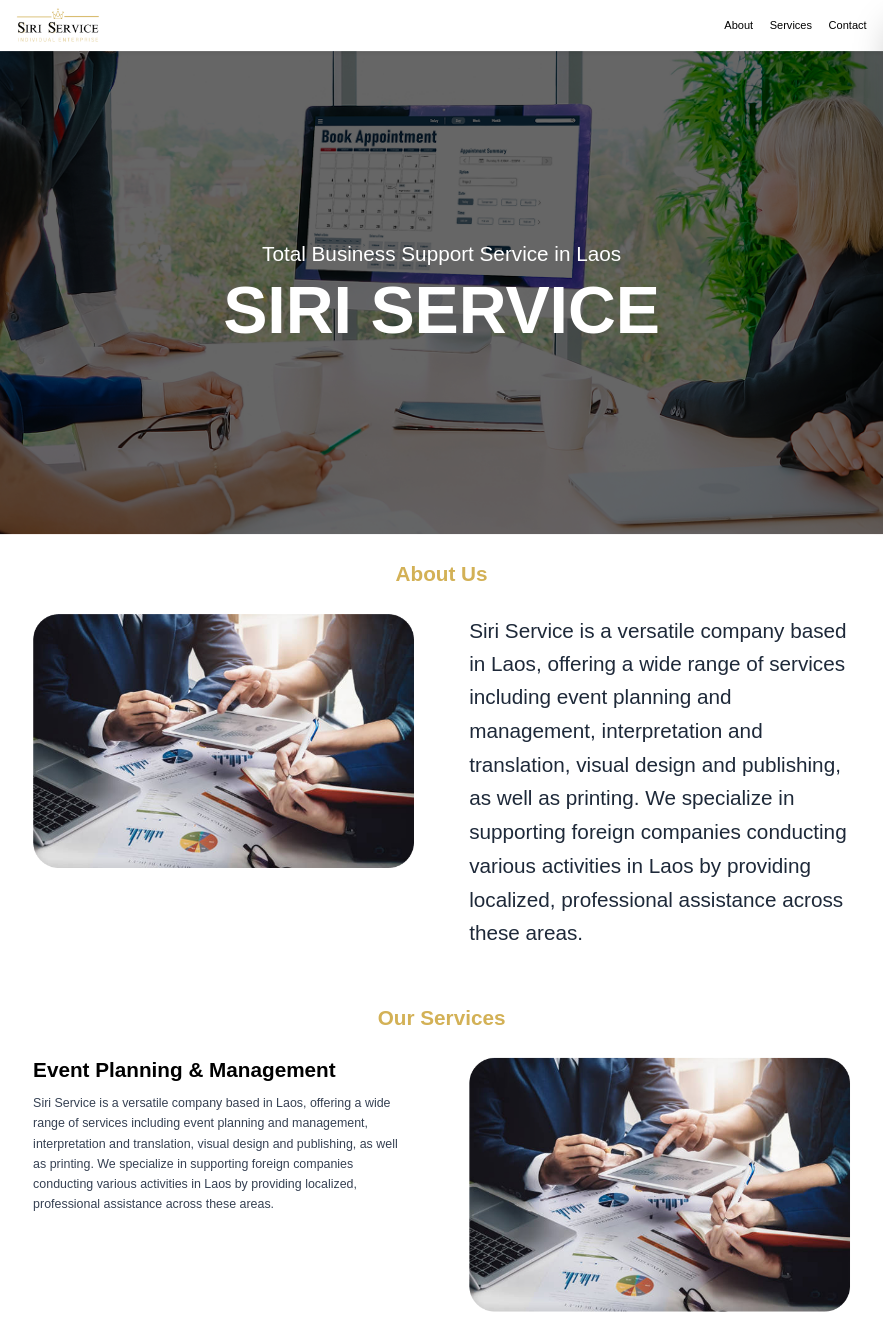
Repository: Phailin-teamplate/siri-service-web
Page: /
The author's editor kept a copy of each file at every save. The page is drawn from the files as they stood at one save, then again after the next save.
The browser window is 1280 px wide. The pictures show the whole page, at 69% of full size.
The project was rebuilt for these pictures with package versions that can differ from the ones it lists, and the page was loaded fresh each time. The framework's server and built-in components were replaced by stand-ins that run in the browser. Also part of the build but not shown: next.config.ts.

Above is the page before, as saved 2025-07-02 14:37:18.

### src/app/layout.tsx
"use client";

import React, { useState, useEffect } from "react";
import { ArrowUpIcon } from "@heroicons/react/24/solid"; // Importing the arrow icon
// import { Geist, Geist_Mono } from "next/font/google";
// import { Inter, Noto_Sans_Lao } from "next/font/google";
import "./globals.css";
import Navbar from "@/src/components/navbar";

// const inter = Inter({ subsets: ["latin"] });
// const notoSansLao = Noto_Sans_Lao({ subsets: ["lao"] });

// const geistSans = Geist({
//   variable: "--font-geist-sans",
//   subsets: ["latin"],
// });
// const geistMono = Geist_Mono({
//   variable: "--font-geist-mono",
//   subsets: ["latin"],
// });

export default function RootLayout({
  children,
}: Readonly<{
  children: React.ReactNode;
}>) {
  const [isVisible, setIsVisible] = useState(false);

  // Detect scroll position and show button when scrolling down
  const handleScroll = () => {
    if (window.scrollY > 300) {
      setIsVisible(true);
    } else {
      setIsVisible(false);
    }
  };

  useEffect(() => {
    window.addEventListener("scroll", handleScroll);
    return () => {
      window.removeEventListener("scroll", handleScroll);
    };
  }, []);

  const scrollToTop = () => {
    window.scrollTo({ top: 0, behavior: "smooth" });
  };

  return (
    <html lang="en">
      {/* <body
        className={`${geistSans.variable} ${geistMono.variable} ${inter.className}  ${notoSansLao.className} antialiased`}
      > */}
      <body className="bg-white">
        <Navbar />
        {children}
        {/* <Footer /> */}

        {/* Popup Button with Icon for Scrolling to Top */}
        {isVisible && (
          <button
            onClick={scrollToTop}
            className="fixed bottom-2 right-5 md:bottom-5 md:right-10 bg-blue-500 text-white p-2 md:p-4 rounded-full shadow-lg hover:bg-blue-600 focus:outline-none transition-transform transform hover:scale-110"
          >
            {/* Heroicon Arrow Up Icon */}
            <ArrowUpIcon className="h-5 w-5 md:h-6 md:w-6" />
          </button>
        )}
      </body>
    </html>
  );
}

### src/app/page.tsx
import React from "react";
import Homepage from "@/src/components/Homepage";
import About from "@/src/components/About";
import Service from "@/src/components/Service";

export const metadata = {
  title: "About | TEAMPLATE",
  description:
    "Learn about TEAMPLATE — our story, mission, team, and values that drive our innovation.",
  keywords: ["teamplate", "about", "our story", "mission", "values", "team"],
  openGraph: {
    title: "About | TEAMPLATE",
    description:
      "Discover TEAMPLATE's story, mission, and the people behind our success.",
    url: "https://yourdomain.com/about",
    siteName: "TEAMPLATE",
    images: [
      {
        url: "https://yourdomain.com/images/about-og.jpg", // ✅ Replace with actual path
        width: 1200,
        height: 630,
        alt: "About TEAMPLATE",
      },
    ],
    locale: "en_US",
    type: "website",
  },
};

export default function Home() {
  return (
    <section className="w-full" id="about">
      <Homepage/>
      <About/>
      <Service/>
    </section>
  );
}

### src/components/navbar.tsx
import { useState, useCallback, useEffect } from "react";
import Image from "next/image";
import { Menu, X } from "lucide-react";
import Logo from "@/public/logo/Siri Service.png";

export default function Navbar() {
  const [isOpen, setIsOpen] = useState(false);

  // Function for smooth scrolling
  const handleSmoothScroll = useCallback((targetId: string) => {
    setIsOpen(false); // Close the sidebar

    if (targetId === "/") {
      window.scrollTo({ top: 0, behavior: "smooth" });
    } else {
      const targetElement = document.querySelector(targetId);
      if (targetElement) {
        targetElement.scrollIntoView({ behavior: "smooth" });
      }
    }
  }, []);

  const [isScrolled, setIsScrolled] = useState(false);

  // Detect scroll to change navbar background
  useEffect(() => {
    const handleScroll = () => {
      const scrollTop = window.scrollY;
      setIsScrolled(scrollTop > 10); // Trigger when scrolled 10px
    };

    window.addEventListener("scroll", handleScroll);

    return () => window.removeEventListener("scroll", handleScroll);
  }, []);

  return (
    <div className="w-full sticky top-0 z-50 bg-white shadow-md">
      <nav className="flex items-center justify-between px-6 py-3">
        {/* Logo */}
        <button
          onClick={() => handleSmoothScroll("/")}
          className="p-0 border-none bg-transparent active:opacity-80"
        >
          <Image
            className="w-20 sm:w-20 md:w-30 lg:w-30 xl:w-30 2xl:w-30 h-auto"
            src={Logo}
            alt="Appstore"
            priority
          />
        </button>

        {/* Desktop Links */}
        <div className="hidden md:flex gap-6">
          <button
            onClick={() => handleSmoothScroll("#about")}
            className="hover:text-blue-600 hover:underline transition-colors text-black duration-200 cursor-pointer"
          >
            About
          </button>
          <button
            onClick={() => handleSmoothScroll("#services")}
            className="hover:text-blue-600 hover:underline transition-colors text-black duration-200 cursor-pointer"
          >
            Services
          </button>
          <button
            onClick={() => handleSmoothScroll("#contact")}
            className="hover:text-blue-600 hover:underline transition-colors text-black duration-200 cursor-pointer"
          >
            Contact
          </button>
        </div>

        {/* Mobile Menu Button */}
        <button
          className="md:hidden focus:outline-none"
          onClick={() => setIsOpen(!isOpen)}
          aria-label="Toggle Menu"
        >
          {isOpen ? <X size={28} /> : <Menu size={28} />}
        </button>
      </nav>

      {/* Overlay (Closes menu when clicked) */}
      {isOpen && (
        <div
          className="fixed inset-0 z-40"
          onClick={() => setIsOpen(false)}
        ></div>
      )}

      {/* Mobile Sidebar */}
      <div
        className={`fixed top-0 right-0 h-full w-64 bg-white shadow-2xl p-6 flex flex-col transition-transform ${
          isOpen ? "translate-x-0" : "translate-x-full"
        } duration-300 ease-in-out z-50`}
      >
        {/* Sidebar Header */}
        <div className="flex justify-between items-center pb-4 mt-1">
          <h3 className="text-black text-2xl font-semibold">Menu</h3>
          <button
            className="text-black text-3xl font-bold focus:outline-none"
            onClick={() => setIsOpen(false)}
            aria-label="Close Menu"
          >
            <X size={28} />
          </button>
        </div>

        {/* Sidebar Links */}
        <div className="flex flex-col items-start gap-4 pb-4">
          <button
            onClick={() => handleSmoothScroll("#about")}
            className="hover:text-blue-600 hover:underline transition-colors duration-200 cursor-pointer"
          >
            About
          </button>
          <button
            onClick={() => handleSmoothScroll("#services")}
            className="hover:text-blue-600 hover:underline transition-colors duration-200 cursor-pointer"
          >
            Services
          </button>
          <button
            onClick={() => handleSmoothScroll("#contact")}
            className="hover:text-blue-600 hover:underline transition-colors duration-200 cursor-pointer"
          >
            Contact
          </button>
        </div>
      </div>
    </div>
  );
}

### src/components/Homepage.tsx
import Image from "next/image";
import BgSiri from "@/public/bg-siri.png";
import type { Metadata } from "next";

export const metadata: Metadata = {
  title: "SiriService | About Us",
  description: "We are a Laos-based IT startup aiming for the global market.",
};

export default function Homepage() {
  return (
    <div className="flex flex-col ">
      <div className="flex justify-center">
        <div className="relative w-full h-[400px] xs:h-[600px] sm:h-[650px] md:h-[700px] lg:h-[700px]">
          {/* Background Image */}
          <Image src={BgSiri} alt="StartUp" fill className="object-cover" />

          {/* Gradient Overlay */}
          <div className="absolute inset-0 bg-black/60 z-10" />

          {/* Centered Content */}
          <div className="absolute inset-0 z-20 flex flex-col items-center justify-center text-center px-4">
            <div className="mb-4 sm:mb-4">
              <p className="text-white text-sm xs:text-base sm:text-xl md:text-3xl font-medium">
                Total Business Support Service in Laos
              </p>
            </div>
            <h1 className="text-white text-4xl xs:text-5xl sm:text-6xl md:text-7xl lg:text-8xl font-bold">
              SIRI SERVICE
            </h1>
          </div>
        </div>
      </div>


    </div>
  );
}

### src/components/About.tsx
"use client";

import Image from "next/image";
import AboutSV from "@/public/About.png";
import type { Metadata } from "next";

export const metadata: Metadata = {
  title: "Teamplate",
  description: "We are a Laos-based IT startup aiming for the global market.",
};

export default function About() {
  return (
    <div className="w-full bg-white px-6 md:px-12 py-10" id="about">
      {/* Section Title */}
      <div className="text-center flex justify-center md:text-left mb-10">
        <h2 className="text-2xl md:text-3xl font-extrabold text-[#D3B156]">
          About Us
        </h2>
      </div>

      {/* Content: Image + Text */}
      <div className="flex flex-col md:flex-row items-start justify-center gap-12 md:gap-20">
  {/* Image */}
  <div className="w-full max-w-[660px] ">
    <Image
      src={AboutSV}
      alt="About"
    width={500}
            height={300}
      className="object-cover w-full h-auto rounded-xl"
      priority
    />
  </div>

  {/* Text */}
  <div className="w-full max-w-[720px] text-center md:text-left">
    <p className="text-3xl font-medium leading-relaxed text-gray-800">
      Siri Service is a versatile company based in Laos, offering a wide range of
      services including event planning and management, interpretation and
      translation, visual design and publishing, as well as printing. We specialize
      in supporting foreign companies conducting various activities in Laos by
      providing localized, professional assistance across these areas.
    </p>
  </div>
</div>

    </div>
  );
}

### src/components/Service.tsx
"use client";

import Image from "next/image";
import AboutSV from "@/public/About.png";
import type { Metadata } from "next";

export const metadata: Metadata = {
  title: "Teamplate",
  description: "We are a Laos-based IT startup aiming for the global market.",
};

export default function Service() {
  return (
    <div className="w-full bg-white px-6 md:px-12 py-10" id="service">
      {/* Section Title */}
      <div className="text-center flex justify-center md:text-left mb-10">
        <h2 className="text-2xl md:text-3xl font-extrabold text-[#D3B156]">
          Our Services
        </h2>
      </div>

      {/* Content: Image + Text */}
      <div className="flex flex-col md:flex-row items-start justify-center gap-12 md:gap-20">


        {/* Text */}
  <div className="w-full max-w-[720px] text-center md:text-left">
          <h1 className="text-black text-2xl sm:text-3xl font-semibold mb-4">
            Event Planning & Management
          </h1>
          <p className="text-gray-700 text-base sm:text-lg leading-relaxed">
            Siri Service is a versatile company based in Laos, offering a wide range of
            services including event planning and management, interpretation and
            translation, visual design and publishing, as well as printing. We specialize
            in supporting foreign companies conducting various activities in Laos by
            providing localized, professional assistance across these areas.
          </p>
        </div>
         {/* Image */}
  <div className="w-full max-w-[660px] ">
          <Image
            src={AboutSV}
            alt="About"
            width={512}
            height={340}
            className="object-cover w-full h-auto rounded-xl"
            priority
          />
        </div>
      </div>
    </div>
  );
}

Loaded but not shown: src/app/globals.css (common file)

After the next save:
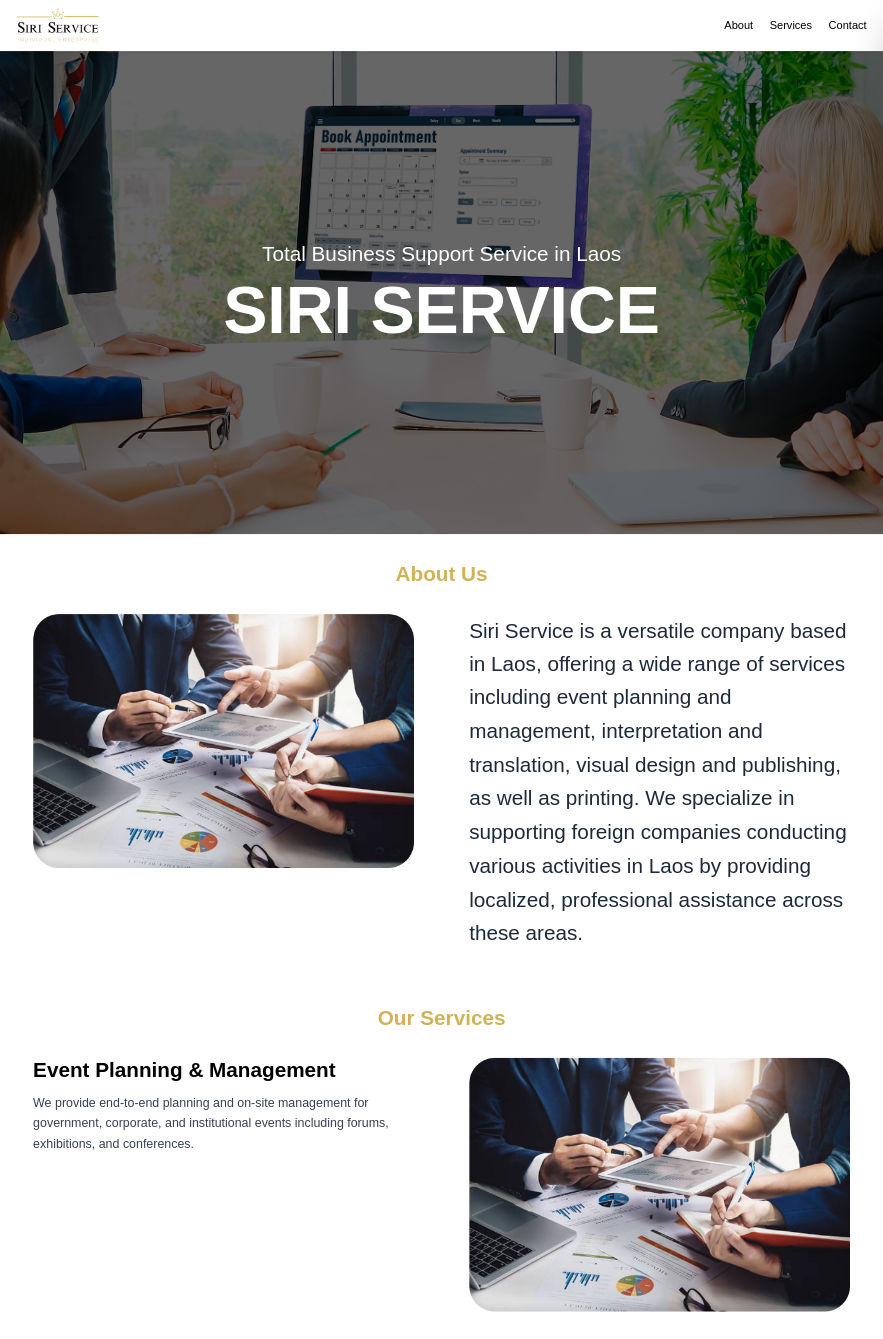
Saved 24 s later.
--- a/src/components/Service.tsx
+++ b/src/components/Service.tsx
@@ -21,23 +21,19 @@
 
       {/* Content: Image + Text */}
       <div className="flex flex-col md:flex-row items-start justify-center gap-12 md:gap-20">
-
-
         {/* Text */}
-  <div className="w-full max-w-[720px] text-center md:text-left">
+        <div className="w-full max-w-[720px] text-center md:text-left">
           <h1 className="text-black text-2xl sm:text-3xl font-semibold mb-4">
             Event Planning & Management
           </h1>
           <p className="text-gray-700 text-base sm:text-lg leading-relaxed">
-            Siri Service is a versatile company based in Laos, offering a wide range of
-            services including event planning and management, interpretation and
-            translation, visual design and publishing, as well as printing. We specialize
-            in supporting foreign companies conducting various activities in Laos by
-            providing localized, professional assistance across these areas.
+            We provide end-to-end planning and on-site management for
+            government, corporate, and institutional events including forums,
+            exhibitions, and conferences.
           </p>
         </div>
-         {/* Image */}
-  <div className="w-full max-w-[660px] ">
+        {/* Image */}
+        <div className="w-full max-w-[660px] ">
           <Image
             src={AboutSV}
             alt="About"
